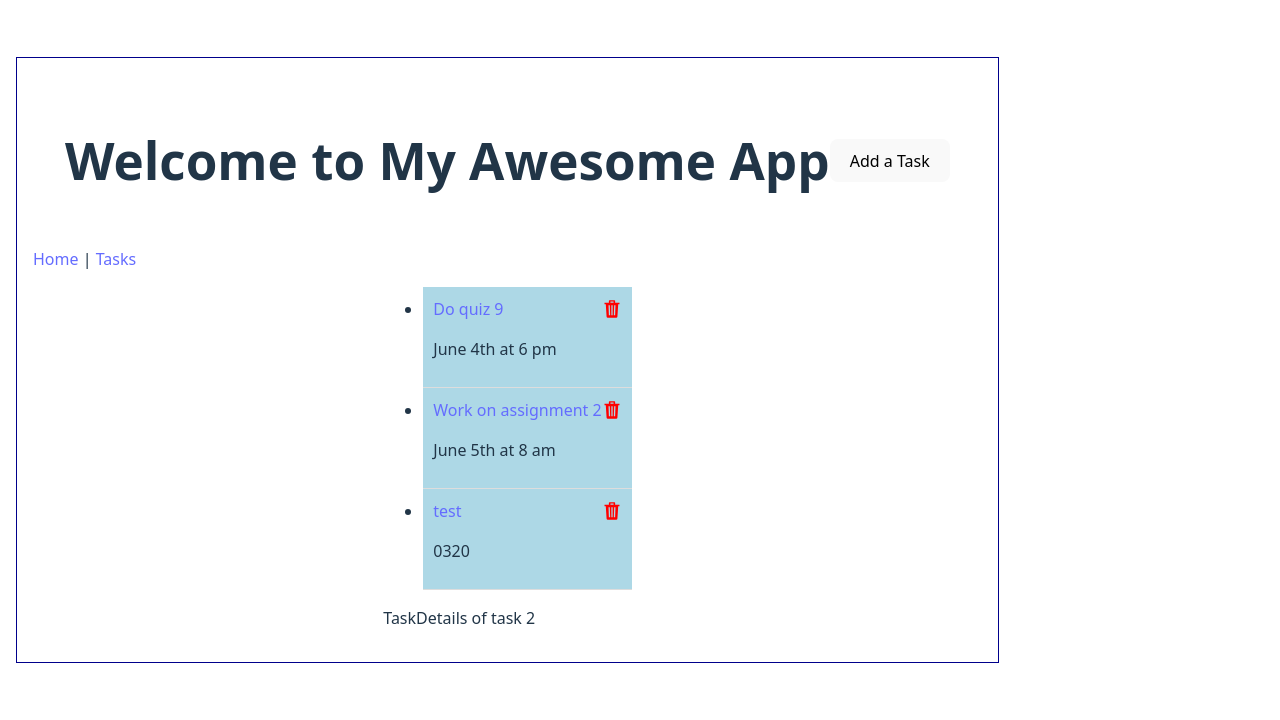
Repository: liulian26/CS5610
Page: /tasks/2 (app in week9/my-vite-app/)
An editor plug-in stored every save of this project. The page is shown before and after the next save, followed by the edit.
The browser window is 1280 px wide. The pictures show the whole page.
The project was rebuilt for these pictures with package versions that can differ from the ones it lists, and the page was loaded fresh each time. Requests to the local data server were answered from the project's data file. Also part of the build but not shown: week9/my-vite-app/vite.config.js, week9/my-vite-app/src/components /AddTask.jsx.

Above is the page before, as saved 2025-03-27 12:34:26.

### week9/my-vite-app/index.html
<!DOCTYPE html>
<html lang="en">
  <head>
    <meta charset="UTF-8" />
    <link rel="icon" type="image/svg+xml" href="/vite.svg" />
    <meta name="viewport" content="width=device-width, initial-scale=1.0" />
    <title>My Awsome App</title>
  </head>
  <body>
    <div id="root"></div>
    <script type="module" src="/src/main.jsx"></script>
  </body>
</html>

### week9/my-vite-app/src/main.jsx
import { StrictMode } from 'react'
import { createRoot } from 'react-dom/client'
import { BrowserRouter} from 'react-router'
import './index.css'
import App from './App.jsx'

createRoot(document.getElementById('root')).render(
  <BrowserRouter>
    <StrictMode>
      <App />
    </StrictMode>
  </BrowserRouter>
)

### week9/my-vite-app/src/index.css
:root {
  font-family: system-ui, Avenir, Helvetica, Arial, sans-serif;
  line-height: 1.5;
  font-weight: 400;

  color-scheme: light dark;
  color: rgba(255, 255, 255, 0.87);
  background-color: #242424;

  font-synthesis: none;
  text-rendering: optimizeLegibility;
  -webkit-font-smoothing: antialiased;
  -moz-osx-font-smoothing: grayscale;
}

a {
  font-weight: 500;
  color: #646cff;
  text-decoration: inherit;
}
a:hover {
  color: #535bf2;
}

body {
  margin: 0;
  display: flex;
  place-items: center;
  min-width: 320px;
  min-height: 100vh;
}

h1 {
  font-size: 3.2em;
  line-height: 1.1;
}

button {
  border-radius: 8px;
  border: 1px solid transparent;
  padding: 0.6em 1.2em;
  font-size: 1em;
  font-weight: 500;
  font-family: inherit;
  background-color: #1a1a1a;
  cursor: pointer;
  transition: border-color 0.25s;
}
button:hover {
  border-color: #646cff;
}
button:focus,
button:focus-visible {
  outline: 4px auto -webkit-focus-ring-color;
}


.appContainer {
  display: flex;
  flex-direction: column;
  align-items: center;
  padding: 2em;
  border: darkblue 1px solid;
  padding: 1em;
  margin: 1em;
}

.headerContainer {
  display: flex;
  justify-content: space-between;
  align-items: center;
  padding: 1em 2em;
}

.taskContainer {
  display: flex;
  flex-direction: column;
  padding: 1em;
  background-color: lightblue;
}

@media (prefers-color-scheme: light) {
  :root {
    color: #213547;
    background-color: #ffffff;
  }
  a:hover {
    color: #747bff;
  }
  button {
    background-color: #f9f9f9;
  }
}

.taskContainer {
  list-style: none;
  padding: 10px;
  border-bottom: 1px solid #ddd;
}

.taskTileIconContainer {
  display: flex;
  align-items: center;
  justify-content: space-between;
}

.deleteIcon {
  color: red;
  font-size: 20px;
  cursor: pointer;
}

.deleteIcon:hover {
  color: darkred;
}

.form-control {
  margin: 20px 0;
  display: flex;
}

.form-control label {
  margin-right: 10px;
}

### week9/my-vite-app/src/App.jsx
import React, { useEffect, useState } from 'react';
import Header from './components /Header';
import TaskList from './components /TasksList';
import AddTask from './components /AddTask';
import TaskDetails from './components /TaskDetail';
import { Routes, Route, Link, Outlet } from "react-router";

export default function App() {
  const appName = "My Awesome App";
  const [tasks, setTasks] = useState([]);
  const [loading, setLoading] = useState(true);
  const [showForm, setShowForm] = useState(false);

  useEffect(() => {
    async function fetchData() {
      try {
        const response = await fetch("http://localhost:5001/tasks");
        const data = await response.json();
        setTasks(data);
      } catch (error) {
        console.error("Error fetching tasks:", error);
      } finally {
        setLoading(false);
      }
    }
    fetchData();
  }, []);

  const handleAddTask = async (newTask) => {
    try {
      const response = await fetch("http://localhost:5001/tasks", {
        method: "POST",
        headers: {
          "Content-Type": "application/json",
        },
        body: JSON.stringify(newTask),
      });

      if (response.ok) {
        const savedTask = await response.json();
        setTasks((prevTasks) => [...prevTasks, savedTask]);
      } else {
        console.error("Failed to add task");
      }
    } catch (error) {
      console.error("Error adding task:", error);
    }
  };

  const handleDelete = async (taskId) => {
    try {
      const response = await fetch(`http://localhost:5001/tasks/${taskId}`, {
        method: "DELETE",
      });

      if (response.ok) {
        setTasks((prevTasks) => prevTasks.filter((task) => task.id !== taskId));
      } else {
        console.error("Failed to delete task");
      }
    } catch (error) {
      console.error("Error deleting task:", error);
    }
  };

  const toggleForm = () => {
    setShowForm((prev) => !prev);
  };

  return (
    <div className="appContainer">
      <nav>
        <Header
          myAppName={appName}
          version={2}
          toggleForm={toggleForm}
          showForm={showForm}
        />
        <Link to="/">Home</Link> | <Link to="/tasks">Tasks</Link>
      </nav>

      <Routes>
        <Route
          path="/"
          element={
            <>
              {showForm && <AddTask onAddTask={handleAddTask} />}
              {loading ? <p>Loading...</p> : <p>Welcome to the Home Page!</p>}
            </>
          }
        />

        <Route
          path="/tasks"
          element={
            <TaskList
              tasks={tasks}
              setTasks={setTasks}
              onDelete={handleDelete}
            />
          }
        >
          <Route path=":taskId" element={<TaskDetails tasks={tasks} />} />
        </Route>

        <Route path="*" element={<h1>Not Found</h1>} />
      </Routes>
    </div>
  );
}

### week9/my-vite-app/src/components /Header.jsx
import React from "react";


export default function Header({ myAppName, toggleForm, showForm }) {
    return (
        <div>
            <header className="headerContainer">
                <h1>Welcome to {myAppName}</h1>
                <button onClick={toggleForm} className="toggleFormBtn">
                {showForm ? "Close" : "Add a Task"}
                </button>
            </header>
        </div>
    );
}

### week9/my-vite-app/src/components /TasksList.jsx
import React,{useEffect, useState} from "react";
import Task from "./Task";
import { Outlet } from "react-router";


export default function TaskList({ tasks, setTasks, onDelete }){
  // const handleDelete = (taskId) => {
  //   setTasks((prevTasks) => prevTasks.filter((task) => task.id !== taskId));
  // };
  // const [tasks, setTasks] = useState([]);
  // useEffect(() => {
  //   fetch("http://localhost:5001/tasks")
  //   .then((response) => response.json())
  //   .then((data) => setTasks(data))
  //   .catch((error) => console.error("Error fetching tasks:", error));
  //   }, []);

    return(
      // <ul>
      //       {/* using array.map to render the tasks array titles
      //       for each element return an <li> */}
      //       {tasks.map((task) => {
      //         return <Task key={task.id} taskObj={task} />;
      //       })}
      //     </ul>
      <div>
      {tasks.length === 0 ? (
        <p>No tasks left!</p>
      ) : (
        <ul>
          {tasks.map((task) => (
            <Task key={task.id} taskObj={task} onDelete={onDelete} />
          ))}
        </ul>
      )}
      <Outlet />
    </div>
      );
}

### week9/my-vite-app/src/components /TaskDetail.jsx
import { useParams } from "react-router";

export default function TaskDetails() {
  const { taskId } = useParams();
  return <p>TaskDetails of task {taskId}</p>;
}

### week9/my-vite-app/src/components /Task.jsx
import React from "react";
import {IoTrashSharp} from "react-icons/io5";
import { NavLink } from "react-router";

export default function Task({ taskObj, onDelete }) {
  return (
    <li>
      <div className="taskContainer">
        <div className="taskTileIconContainer">
          <NavLink to={`/tasks/${taskObj.id}`}>
            {taskObj.title}
          </NavLink>

          <IoTrashSharp className="deleteIcon" onClick={() => onDelete(taskObj.id)}/>
        </div>
          <p>{taskObj.date}</p>
      </div>
    </li>
  );
}

### week9/my-vite-app/db.json
{
  "tasks": [
    {
      "id": "2",
      "title": "Do quiz 9",
      "date": "June 4th at 6 pm"
    },
    {
      "id": "3",
      "title": "Work on assignment 2",
      "date": "June 5th at 8 am"
    },
    {
      "id": "2f1d",
      "title": "test",
      "date": "0320"
    }
  ],

  "users": [
  {
    "id": 1,
    "name": "Neda",
    "task": 1
  },
  {
    "id": 2,
    "name": "Dan",
    "task": 3
  },
  {
    "id": 3,
    "name": "Adam",
    "task": 3
  }
]
}

After the next save:
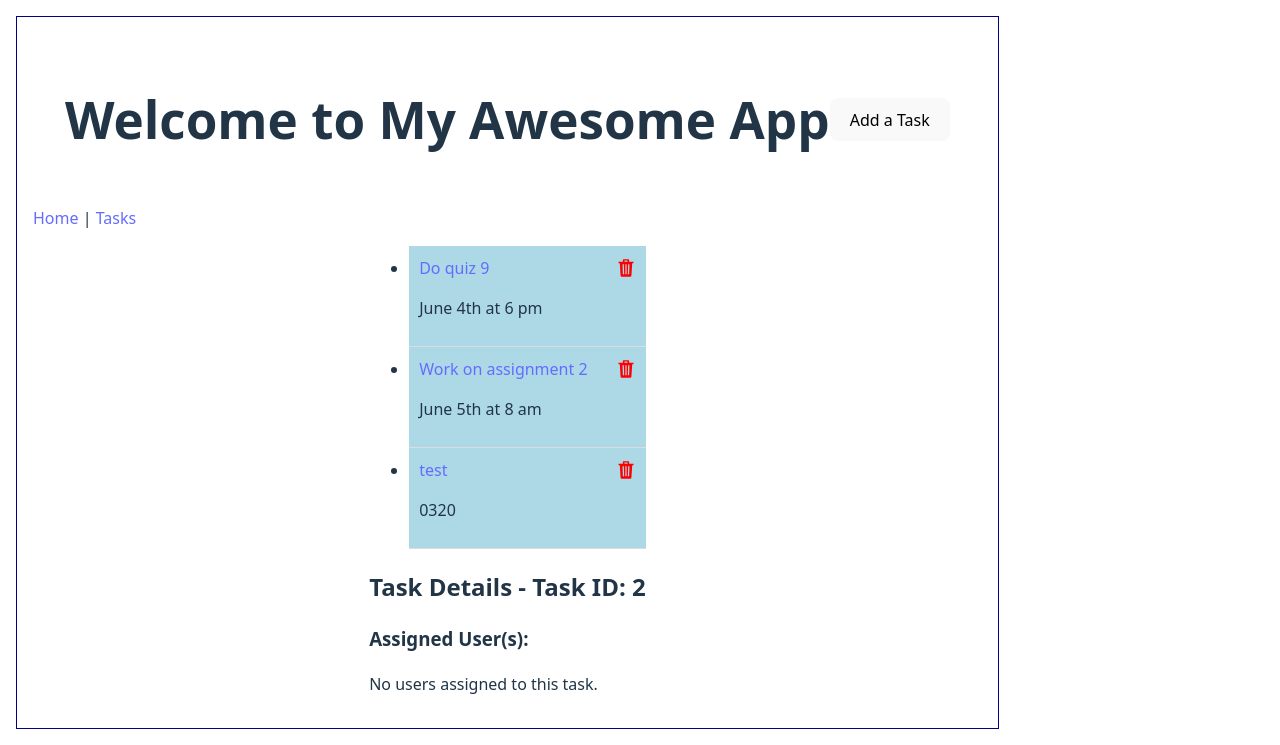
Saved 1 s later.
--- a/week9/my-vite-app/src/components /TaskDetail.jsx
+++ b/week9/my-vite-app/src/components /TaskDetail.jsx
@@ -1,6 +1,44 @@
+import React, { useEffect, useState } from "react";
 import { useParams } from "react-router";
 
 export default function TaskDetails() {
   const { taskId } = useParams();
-  return <p>TaskDetails of task {taskId}</p>;
+  const [users, setUsers] = useState([]);
+  const [loading, setLoading] = useState(true);
+  const [error, setError] = useState(null);
+
+
+  useEffect(() => {
+    async function fetchUsers() {
+      try {
+        const response = await fetch(`http://localhost:5000/users?task=${taskId}`);
+        if (!response.ok) {
+          throw new Error("Failed to fetch users");
+        }
+        const data = await response.json();
+        setUsers(data);
+      } catch (err) {
+        setError(err.message);
+      } finally {
+        setLoading(false);
+      }
+    }
+    fetchUsers();
+    }, [taskId]);
+
+  return (
+    <div>
+      <h2>Task Details - Task ID: {taskId}</h2>
+      <h3>Assigned User(s):</h3>
+      {users.length > 0 ? (
+        <ul>
+          {users.map((user) => (
+            <li key={user.id}>{user.name}</li>
+          ))}
+        </ul>
+      ) : (
+        <p>No users assigned to this task.</p>
+      )}
+    </div>
+  );
 }
